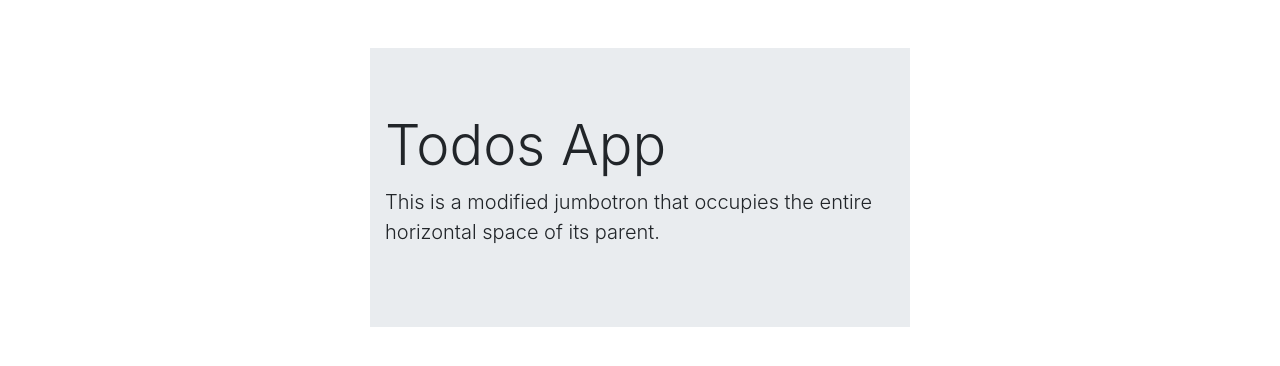
Repository: nguyenan97/todo-app-react
Page: / (app in todo-app/)
An editor plug-in stored every save of this project. The page is shown before and after the next save, followed by the edit.
The browser window is 1280 px wide. The pictures show the whole page.
The project was rebuilt for these pictures with package versions that can differ from the ones it lists, and the page was loaded fresh each time. Also part of the build but not shown: todo-app/src/App.css.

Above is the page before, as saved 2019-12-27 12:25:13.

### todo-app/public/index.html
<!DOCTYPE html>
<html lang="en">
  <head>
    <meta charset="utf-8" />
    <link rel="icon" href="%PUBLIC_URL%/favicon.ico" />
    <meta name="viewport" content="width=device-width, initial-scale=1" />
    <meta name="theme-color" content="#000000" />
    <meta
      name="description"
      content="Web site created using create-react-app"
    />
    <link rel="apple-touch-icon" href="%PUBLIC_URL%/logo192.png" />
    <!--
      manifest.json provides metadata used when your web app is installed on a
      user's mobile device or desktop. See https://developers.google.com/web/fundamentals/web-app-manifest/
    -->
    <link rel="manifest" href="%PUBLIC_URL%/manifest.json" />
    <!--
      Notice the use of %PUBLIC_URL% in the tags above.
      It will be replaced with the URL of the `public` folder during the build.
      Only files inside the `public` folder can be referenced from the HTML.

      Unlike "/favicon.ico" or "favicon.ico", "%PUBLIC_URL%/favicon.ico" will
      work correctly both with client-side routing and a non-root public URL.
      Learn how to configure a non-root public URL by running `npm run build`.
    -->
    <link rel="stylesheet" href="https://stackpath.bootstrapcdn.com/bootstrap/4.4.1/css/bootstrap.min.css" integrity="sha384-Vkoo8x4CGsO3+Hhxv8T/Q5PaXtkKtu6ug5TOeNV6gBiFeWPGFN9MuhOf23Q9Ifjh" crossorigin="anonymous">
    <title>React App</title>
  </head>
  <body>
    <noscript>You need to enable JavaScript to run this app.</noscript>
    <div class="container">
      <div class="row">
        <div class="col-md-6 offset-md-3 mt-5">
          <div id="root"></div>
        </div>
      </div>
    </div>

    <!--
      This HTML file is a template.
      If you open it directly in the browser, you will see an empty page.

      You can add webfonts, meta tags, or analytics to this file.
      The build step will place the bundled scripts into the <body> tag.

      To begin the development, run `npm start` or `yarn start`.
      To create a production bundle, use `npm run build` or `yarn build`.
    -->
    <script src="https://code.jquery.com/jquery-3.4.1.slim.min.js" integrity="sha384-J6qa4849blE2+poT4WnyKhv5vZF5SrPo0iEjwBvKU7imGFAV0wwj1yYfoRSJoZ+n" crossorigin="anonymous"></script>
    <script src="https://cdn.jsdelivr.net/npm/popper.js@1.16.0/dist/umd/popper.min.js" integrity="sha384-Q6E9RHvbIyZFJoft+2mJbHaEWldlvI9IOYy5n3zV9zzTtmI3UksdQRVvoxMfooAo" crossorigin="anonymous"></script>
    <script src="https://stackpath.bootstrapcdn.com/bootstrap/4.4.1/js/bootstrap.min.js" integrity="sha384-wfSDF2E50Y2D1uUdj0O3uMBJnjuUD4Ih7YwaYd1iqfktj0Uod8GCExl3Og8ifwB6" crossorigin="anonymous"></script>
  </body>
</html>

### todo-app/src/App.js
import React from 'react';
import './App.css';

function App() {
  return (
    <div className="jumbotron jumbotron-fluid">
      <div className="container">
        <h1 className="display-4">Todos App</h1>
        <p className="lead">This is a modified jumbotron that occupies the entire horizontal space of its parent.</p>
      </div>
    </div>
  );
}

export default App;

Loaded but not shown: todo-app/src/index.js (common file); todo-app/src/index.css (common file); todo-app/src/serviceWorker.js (common file)

After the next save:
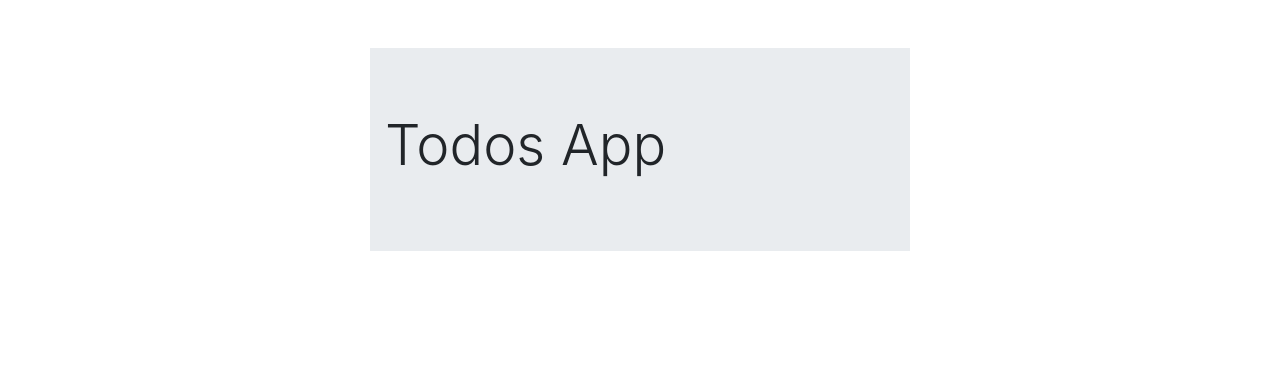
Saved 22 s later.
--- a/todo-app/src/App.js
+++ b/todo-app/src/App.js
@@ -6,7 +6,6 @@ function App() {
     <div className="jumbotron jumbotron-fluid">
       <div className="container">
         <h1 className="display-4">Todos App</h1>
-        <p className="lead">This is a modified jumbotron that occupies the entire horizontal space of its parent.</p>
       </div>
     </div>
   );
